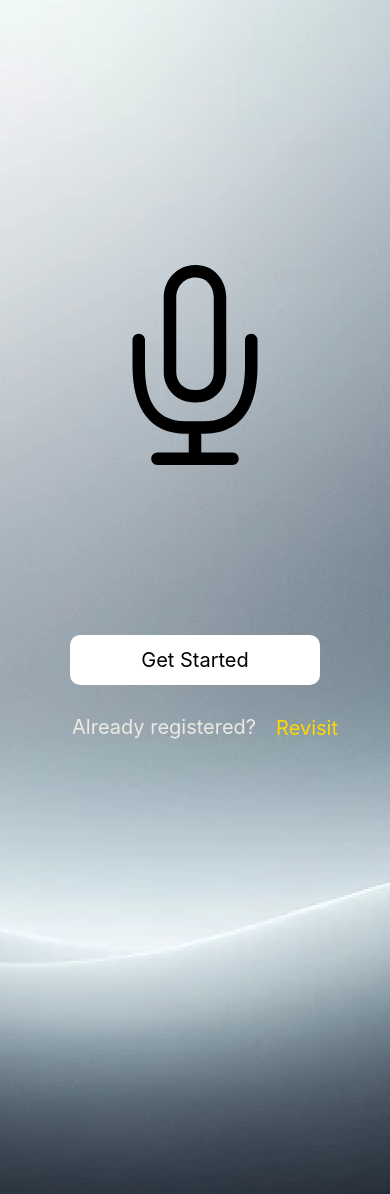
Repository: mortiestmorty1/recordings-app
Screen: / (app in frontend/)
The author's editor kept a copy of each file at every save. The screen is drawn from the files as they stood at one save, then again after the next save.
The app was drawn by React Native's web renderer in a window 390 px wide. The project was rebuilt for these pictures with package versions that can differ from the ones it lists, and the page was loaded fresh each time. Also part of the build but not shown: frontend/components/registerUser.js.

Above is the screen before, as saved 2024-03-08 02:06:23.

### frontend/App.js
import { StatusBar } from 'expo-status-bar';
import { StyleSheet, View } from 'react-native';
import RegisterUser from './components/registerUser.js';
import React from 'react';
import FirstScreen from './components/firstscreen.js';

export default function App() {
  const handleRegistrationSuccess = (userData) => {
    console.log('User registered:', userData);
  };

  return (
    <View style={styles.container}>
      <FirstScreen />
      {/* <RegisterUser onSubmit={handleRegistrationSuccess} /> */}
      <StatusBar style="auto" />
    </View>
  );
}

const styles = StyleSheet.create({
  container: {
    flex: 1,
    backgroundColor: '#fff',
    alignItems: 'center',
    justifyContent: 'center',
  },
});

### frontend/components/firstscreen.js
import React from 'react';
import { View, Text, StyleSheet, TouchableOpacity, ImageBackground } from 'react-native';
import { Svg, Path } from 'react-native-svg';
import background from '../assets/background.png'; // Ensure this path is correct

const FirstScreen = () => {
  return (
    <View style={styles.container}>
      <ImageBackground
        source={background}
        resizeMode="cover"
        style={styles.imageBackground}
      >
        <Svg style={styles.logo} fill="#000000" width="200" height="200" viewBox="0 0 1024 1024">
          <Path d="M510.88 704h7.6C607.44 704 672 638.4 672 548.032V166.624C672 73.184 604.56 0 518.466 0h-7.584C423.264 0 352 74.752 352 166.624v381.408C352 636.944 420.304 704 510.88 704zM416 166.624C416 110.032 458.56 64 510.88 64h7.6C569.504 64 608 108.128 608 166.624v381.408C608 603.024 572.032 640 518.464 640h-7.584c-55.872 0-94.88-37.808-94.88-91.968zM800 352c-17.68 0-32 14.336-32 32v133.072c0 190.4-67.968 282.929-207.744 282.929H465.12c-182.8 0-209.12-153.84-209.12-282.928V384.001c0-17.664-14.336-32-32-32s-32 14.336-32 32v133.072c0 220.496 91.888 346.928 273.12 346.928H480v96H320c-17.664 0-32 14.336-32 32s14.336 32 32 32h384c17.664 0 32-14.336 32-32s-14.336-32-32-32H544v-96h16.256C684.224 864.001 832 803.809 832 517.072V384c0-17.664-14.32-32-32-32z" />
        </Svg>
        <View style={styles.content}>
          <TouchableOpacity style={styles.btn1} onPress={() => console.log("Get Started pressed")}>
            <Text style={styles.btnText1}>Get Started</Text>
          </TouchableOpacity>
        <View style={styles.simple}>
          <Text style={styles.text}>Already registered?</Text>
          <TouchableOpacity style={styles.btn2} onPress={() => console.log("Revisit pressed")}>
            <Text style={styles.btnText2}>Revisit</Text>
          </TouchableOpacity>
          </View>
        </View>
      </ImageBackground>
    </View>
  );
};

const styles = StyleSheet.create({
  container: {
    flex: 1,
    width: '100%',
    height: '100%',
    justifyContent: 'center',
    alignItems: 'center',
  },
  imageBackground: {
    flex: 1,
    width: '100%',
    justifyContent: 'center',
    alignItems: 'center',
  },
  logo: {
    bottom: 100,
  },
  text: {
    fontSize: 20,
    margin: 20,
    color: '#ECEAE2',
  },
  content: {
    justifyContent: 'center',
    alignItems: 'center',
    top: 180,
  },
  btn1: {
    width: 250,
    height: 50,
    backgroundColor: 'white',
    borderRadius: 10,
    justifyContent: 'center',
    alignItems: 'center',
    bottom: 10,
  },
  btnText1: {
    color: 'black',
    fontSize: 20,
    fontWeight: 'heavy',
  },
  simple:{
    flexDirection: 'row', // Aligns children (text and button) horizontally
    alignItems: 'center',
  },
  btn2: {
    height: 50,
    justifyContent: 'center',
    alignItems: 'center',
    top: 1,
  },
    btnText2: {
        color: 'black',
        fontSize: 20,
        fontWeight: 'heavy',
        color:'gold',
    },
});

export default FirstScreen;

After the next save:
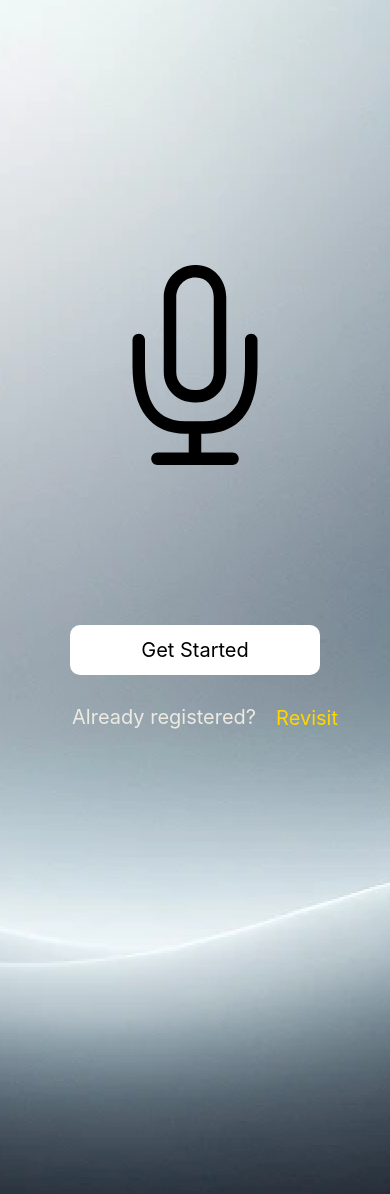
Saved 23 s later.
--- a/frontend/components/firstscreen.js
+++ b/frontend/components/firstscreen.js
@@ -55,7 +55,7 @@ const styles = StyleSheet.create({
   content: {
     justifyContent: 'center',
     alignItems: 'center',
-    top: 180,
+    top: 170,
   },
   btn1: {
     width: 250,
